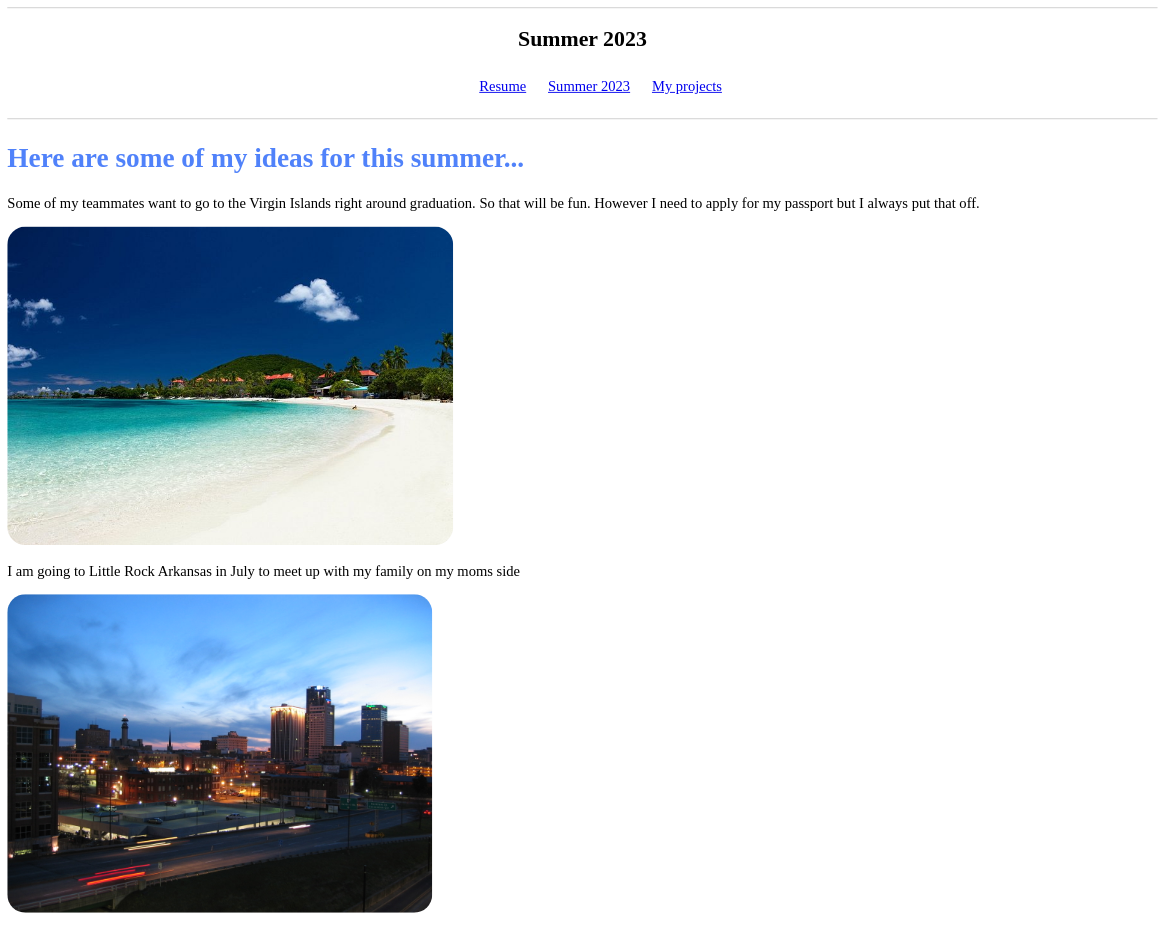
Repository: kayacancode/itm361project1
Page: summer2023.html
An editor plug-in stored every save of this project. The page is shown before and after the next save, followed by the edit.
The browser window is 1280 px wide. The pictures show the whole page, at 91% of full size.
Some web fonts or font styles are not loaded; a fallback is used.

Above is the page before, as saved 2023-03-04 13:24:17.

### summer2023.html
<!DOCTYPE html>
<html lang="en">
  <head>
    <meta charset="UTF-8" />
    <meta http-equiv="X-UA-Compatible" content="IE=edge" />
    <meta name="viewport" content="width=device-width, initial-scale=1.0" />
    <title>Summer 2023</title>
    <link rel="stylesheet" href="css/style.css" />

  </head>
  <header>
    <nav>
      <h1>Summer 2023</h1>
      <ul>
        <li><a href="index.html">Resume</a></li>
        <li><a href="summer2023.html">Summer 2023</a></li>
        <li><a href="projects.html">My projects</a></li>
      </ul>
    </nav>
  </header>
  <body>
    <h2>Here are some of my ideas for this summer...</h2>
    <div class="trips">
    <section>
    <p>
      Some of my teammates want to go to the Virgin Islands right around
      graduation. So that will be fun. However I need to apply for my passport
      but I always put that off.
    </p>
    <img
      src="images/virginislands.jpeg"
      alt="virgin islands"

    />
  </section>
<section>
  <p>
      I am going to Little Rock Arkansas in July to meet up with my family on my
      moms side
    </p>
    <img
      src="images/littlerock.jpeg"
      alt="little rock"

    />
  </section>
</div>
  </body>
</html>

### css/style.css
@import url("https://fonts.googleapis.com/css2?family=Tilt+Warp&display=swap");



nav{
    border:1px solid #ccc;
    border-width:1px 0;
    list-style:none;
    margin:0;
    padding:0;
    text-align:center;
}
nav li{
    display:inline;
}
nav a{
    display:inline-block;
    padding:10px;
}

h1{
    font-family: "Tilt Warp", cursive;

}
h2{
    font-size: 30px;
    font-family: "Tilt Warp", cursive;
    color:#5082FA;
}

.websites img{
    display: block;
    margin-left: auto;
    margin-right: auto;
    max-width: 50%;
    height: 350px;
    border-radius: 20px;
}

.trips img{
    max-width: 50%;
    height: 350px;
    border-radius: 20px;
    margin-left: auto;
    margin-right: auto;
}

After the next save:
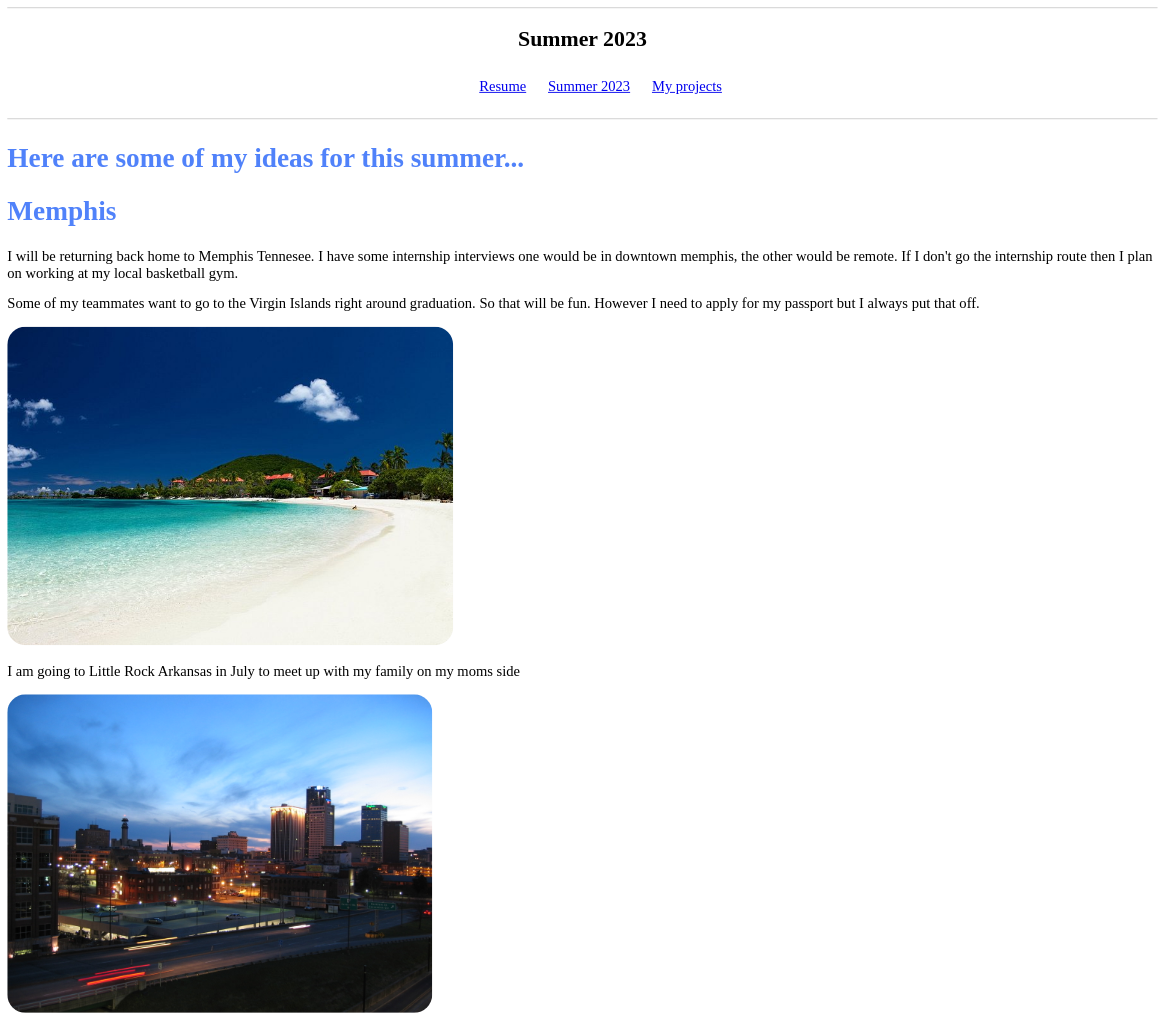
Saved 19 min 42 s later.
--- a/summer2023.html
+++ b/summer2023.html
@@ -21,6 +21,8 @@
   <body>
     <h2>Here are some of my ideas for this summer...</h2>
     <div class="trips">
+      <h2>Memphis </h2>
+      <p>I will be returning back home to Memphis Tennesee. I have some internship interviews one would be in downtown memphis, the other would be remote. If I don't go the internship route then I plan on working at my local basketball gym.</p>
     <section>
     <p>
       Some of my teammates want to go to the Virgin Islands right around
